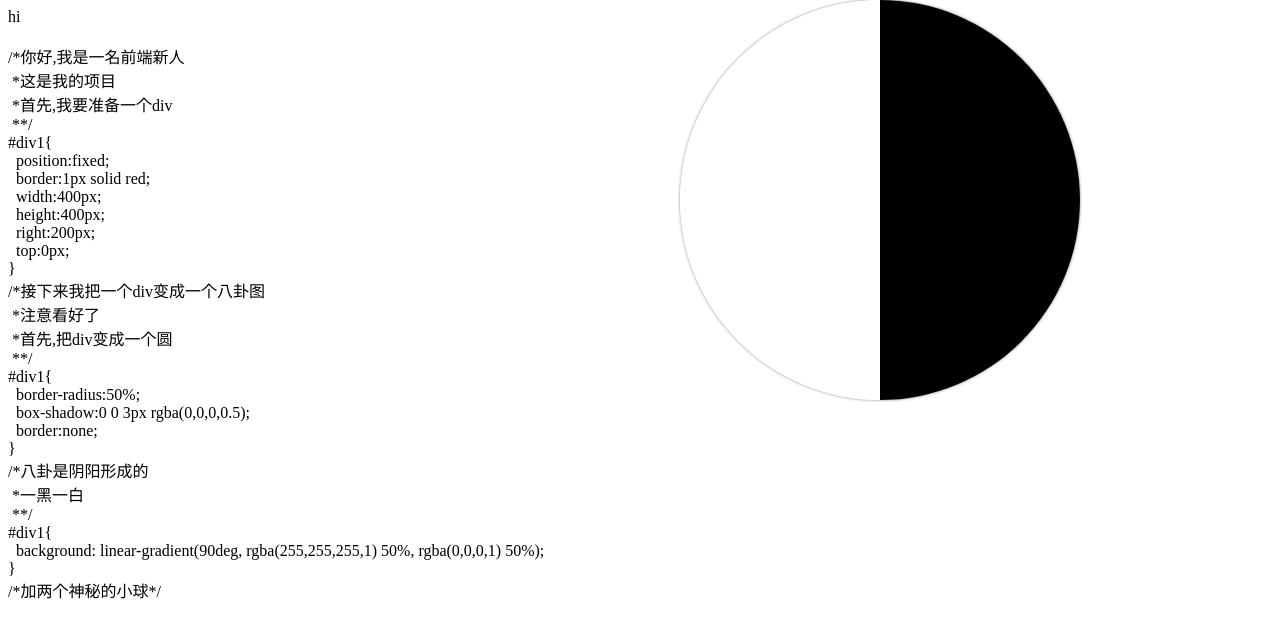
Repository: chenguocan/JS_cv
Page: index.html
These files come from the project's save history. The page is drawn as it stood at one moment and after the next save; the edit follows.
The browser window is 1280 px wide. The pictures show the whole page.

Above is the page before, as saved 2020-07-29 15:45:16.

### index.html
<!DOCTYPE html>
<html lang="en">
  <head>
    <meta charset="UTF-8" />
    <meta name="viewport" content="width=device-width, initial-scale=1.0" />
    <title>Document</title>
  </head>
  <body>
    hi
    <style id="style"></style>
    <div id="demo"></div>
    <div id="div1"></div>
    <script src="./main.js"></script>
  </body>
</html>

### main.js
let demo = document.querySelector("#demo");
let style = document.querySelector("#style");
let n = 0;
//添加注释,才不会影响CSS的样式。
let string = `
/*你好,我是一名前端新人
 *这是我的项目
 *首先,我要准备一个div
 **/
#div1{
  position:fixed;
  border:1px solid red;
  width:400px;
  height:400px;
  right:200px;
  top:0px;
}
/*接下来我把一个div变成一个八卦图
 *注意看好了
 *首先,把div变成一个圆
 **/
#div1{
  border-radius:50%;
  box-shadow:0 0 3px rgba(0,0,0,0.5);
  border:none;
}
/*八卦是阴阳形成的
 *一黑一白
 **/
#div1{
  background: linear-gradient(90deg, rgba(255,255,255,1) 50%, rgba(0,0,0,1) 50%);
}
/*加两个神秘的小球*/


`;
let string2 = "";
// string = string.replace(/\n/g, "<br>"); //正则表达式表示所有回车。
let step = () => {
  setTimeout(() => {
    //如果string等于回车,通过<br>来处理
    if (string[n] === "\n") {
      string2 += "<br>";
    } else if (string[n] === " ") {
      string2 += "&nbsp;";
    } else {
      string2 += string[n];
    }
    demo.innerHTML = string2;
    style.innerHTML = string.substring(0, n);
    if (n < string.length - 1) {
      n += 1;
      step();
    }
  }, 10);
};
step();

After the next save:
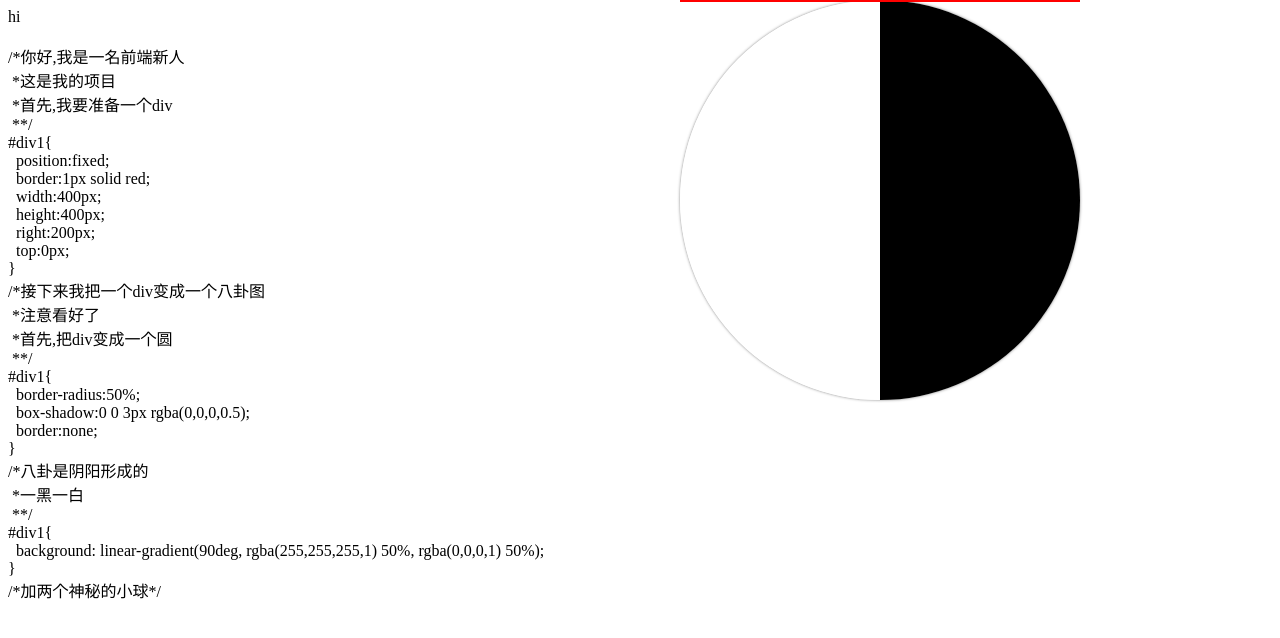
Saved 30 s later.
--- a/index.html
+++ b/index.html
@@ -4,6 +4,13 @@
     <meta charset="UTF-8" />
     <meta name="viewport" content="width=device-width, initial-scale=1.0" />
     <title>Document</title>
+    <style>
+      #div1::after {
+        content: "";
+        display: block;
+        border: 1px solid red;
+      }
+    </style>
   </head>
   <body>
     hi
